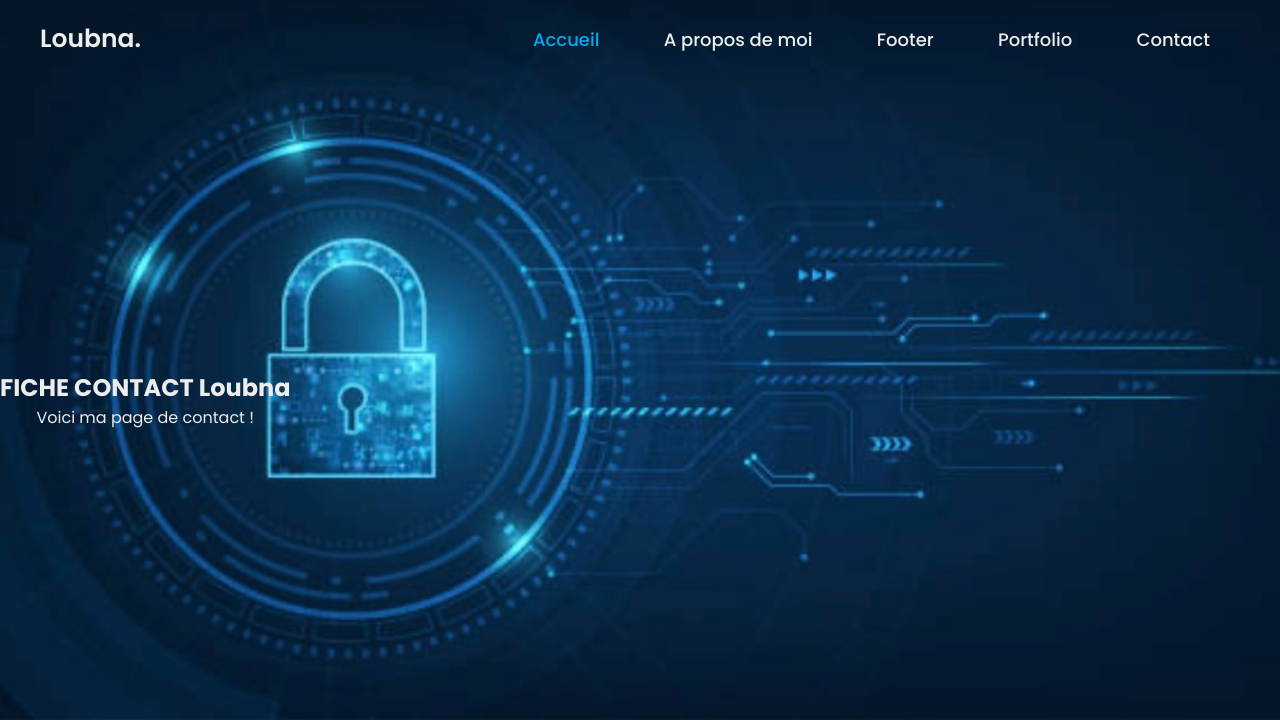
Repository: Loubna77290/Portfolio-de-Loubna
Page: contact.html
The author's editor kept a copy of each file at every save. The page is drawn from the files as they stood at one save, then again after the next save.
The browser window is 1280 px wide. The pictures show the whole page.

Above is the page before, as saved 2025-03-10 09:03:03.

### contact.html
<!DOCTYPE html>
<html lang="en">
<head>
    <meta charset="UTF-8">
    <meta name="viewport" content="width=device-width, initial-scale=1.0">
    <title>Fiche contact</title>
    <link rel="stylesheet" href="style.css">
</head>
<body>

  <header class="header">
        <a href="#" class="logo">Loubna.</a>

        <nav class="navbar">
            <a href="#"class="active">Accueil</a>
            <a href="#">A propos de moi</a>
            <a href="/footer.html">Footer</a>
            <a href="#">Portfolio</a>
            <a href="/contact.html" target="_blank">Contact</a>
        </nav>
    </header>

    <section class="contact-background">
        <div class="contact-contenu">
        <h1>FICHE CONTACT Loubna</h1>
        <p>Voici ma page de contact !</p>


    </div>
    </section>

</body>
</html>

### style.css
@import url('https://fonts.googleapis.com/css2?family=Poppins:wght@300;400;500;600;700;800;900&display=swap');

* {
    margin: 0;
    padding: 0;
    box-sizing: border-box;
    font-family: 'Poppins', sans-serif;

}

body {
    background: #081b29;
    color: #ededed;

}

.header {
    position:fixed;
    top: 0;
    left:0;
    width: 100%;
    padding: 20px 10px;
    background: transparent;
    display: flex;
    justify-content: space-between;
    align-items: center;
    z-index: 100;
}


.logo {
    position: relative;
    margin-left: 30px;
    font-size: 25px;
    color: #ededed;
    text-decoration: none;
    font-weight: 600;

}

.logo::before {
    content: '';
    position: absolute;
    top: 0;
    right: 0;
    width: 100%;
    height: 100%;
    background: #081b29b6;
    animation: showRight 1s ease forwards;
    animation-delay: .4s;;
}

.navbar a {
    font-size: 18px;
    color: #ededed;
    text-decoration: none;
    font-weight: 500;
    margin-right: 60px;
    justify-content: flex-end;
    transition: .3s;

}

.navbar a:hover,
.navbar a.active {
    color: #00abf0;

}

.accueil {
    height: 100vh;
    background: url(./IMG_7408.jpg) no-repeat center center;
    background-size: cover;
    display: flex;
    align-items: center;
    padding: 0 10%;
}

.accueil-contenu {
    background: transparent;
    max-width: 600px;


    }

.accueil-contenu h2 {
    font-size: 45px;
    font-weight: 700;
    line-height: 1.2;
    white-space: nowrap;
}

.accueil-contenu h2::before {
    content: '';
    position: absolute;
    top: 0;
    right: 0;
    width: 100%;
    height: 100%;
    background: #081b29;
    animation: showRight 1s ease forwards;
    animation-delay: 1s;
}

.accueil-contenu h3 {
    font-size: 30px;
    font-weight: 600;
    color: #0ff;

}

.accueil-contenu p {
    font-size: 16px;
    margin: 20px  0 40px;
    line-height: 1.2;
}

.accueil-contenu .btn-box {
    position: relative;
    display: flex;
    justify-content: space-between;
    width: 380px;
    height: 60px;

}

.accueil-contenu .btn-box::before {
    content: '';
    position: absolute;
    top: 0;
    right: 0;
    width: 100%;
    height: 100%;
    background: #081b294d;
    animation: showRight 1s ease forwards;
    animation-delay: 1.9s;
    z-index: 2;
}

.btn-box a {
    position: relative;
    display: inline-flex;
    justify-content: center;
    align-items: center;
    width: 150px;
    height: 110%;
    background: #00abf0;
    border: 2px solid #00abf0;
    border-radius: 8px;
    font-size: 19px;
    color: #081b29;
    text-align: center;
    text-decoration: none;
    font-weight: 600;
    letter-spacing: 1px;
    z-index: 1;
    overflow: hidden;
    transition: .5s;
}

.btn-box a:hover {
    color: #00abf0;

}

.btn-box a:nth-child(2) {
    background: transparent;
    color:#00abf0
}

.btn-box a:nth-child(2):hover {
    color:#081b29;
}


.btn-box a:nth-child(2)::before {
    background: #00abf0;
    }

.btn-box a::before {
    content: '';
    position: absolute;
    top: 0;
    left: 0;
    width: 0;
    height: 100%;
    background: #081b29;
    z-index: -1;
    transition: .5s;
}

.btn-box a:hover::before {
    width: 100%;
    }

.home-sci {
    position: absolute;
    bottom: 1px;
    width: 150px;
    display: flex;
    justify-content: space-between;
}

.home-sci::before {
    content: '';
    position: absolute;
    top: 0;
    right: 0;
    width: 100%;
    height: 100%;
    background: #081b29;
    animation: showRight 1s ease forwards;
    animation-delay: 2.5s;
    z-index: 2;
}

.home-sci a {
    position: relative;
    display: inline-flex;
    justify-content: center;
    align-items: center;
    width: 40px;
    height: 40px;
    background: transparent;
    border: 2px solid #00abf0;
    border-radius: 50%;
    font-size: 20px;
    text-decoration: none;
    z-index: 1;
    overflow: hidden;
    transition: .5s;
    color: #00abf0;
}

.home-sci a:hover {
    color: #081b29;

}
.home-sci a::before {
    content: '';
    position: absolute;
    top: 0;
    left: 0;
    width: 0;
    height: 100%;
    background:#00abf0;
    transition: .5s;
    z-index: -1;
}

.home-sci a:hover::before {
    width: 100%;
}

/* KEYFRAMES ANIMATION */
@keyframes showRight {
    100% {
        width: 0;
    }
}

.contact-background  {
    background: url('IMG_7400.jpg');
    height: 100vh;
    background-size: cover;
    display: flex;
}

.contact-contenu {
    display: flex;
    flex-direction: column;
    justify-content: center;
    align-items: center;
    text-align: center;
    margin-top: 80px;
    width: 100;
}

.footer-background  {
    position: relative;
    background: url('IMG_7400.jpg');
    height: 100vh;
    background-size: cover;
    display: flex;
    align-items: flex-end;
    justify-content: center;
}

.contenu-footer {
    color: #ededed;
    position: absolute;

}
.contenu-footer p {
    color: rgb(169, 236, 238);
    font-weight: 200;
    font-size: 15px;
}

After the next save:
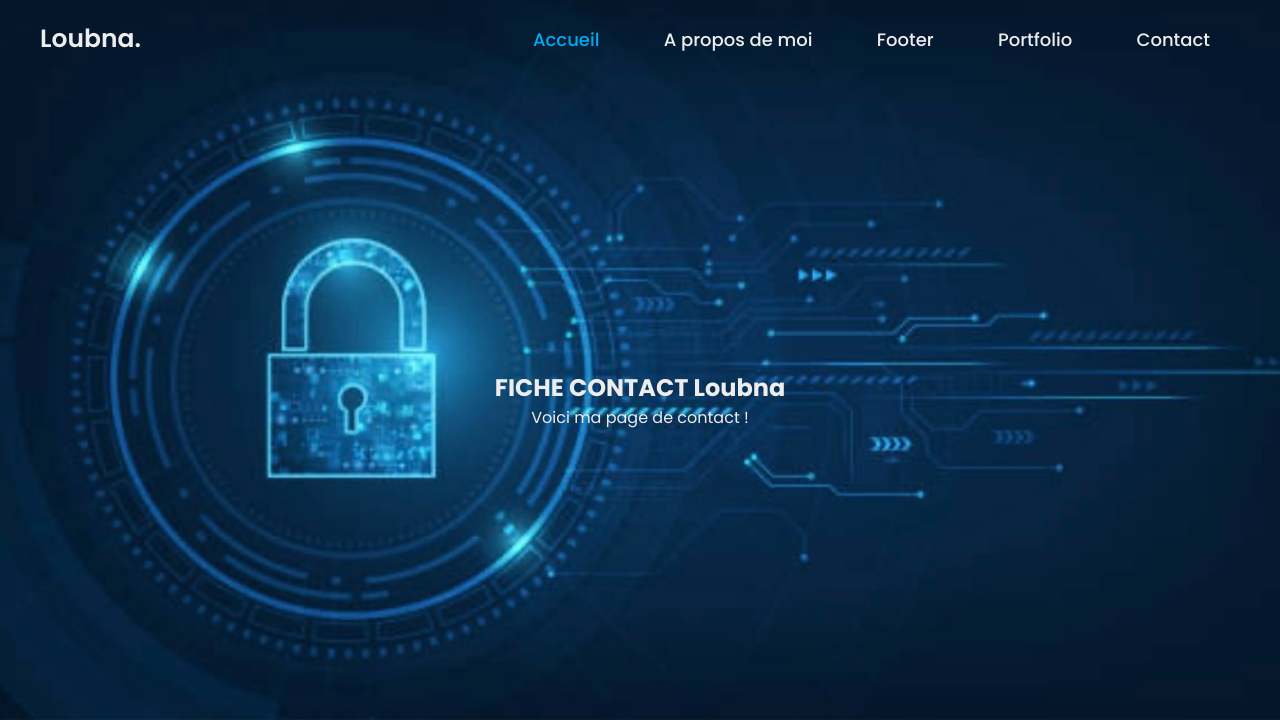
Saved 7 s later.
--- a/style.css
+++ b/style.css
@@ -273,7 +273,7 @@ body {
     align-items: center;
     text-align: center;
     margin-top: 80px;
-    width: 100;
+    width: 100%;
 }
 
 .footer-background  {
